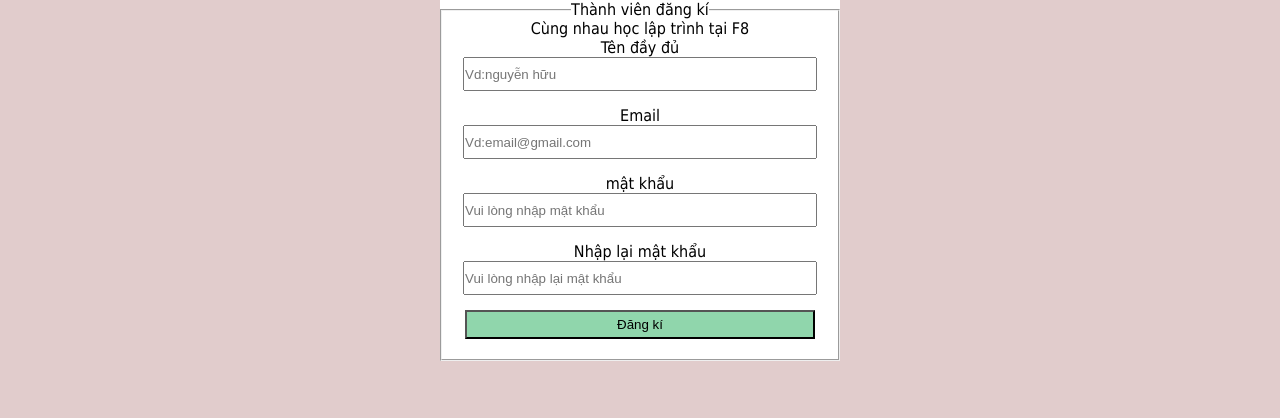
Repository: HuunvDev/Validator
Page: index.html
An editor plug-in stored every save of this project. The page is shown before and after the next save, followed by the edit.
The browser window is 1280 px wide. The pictures show the whole page.

Above is the page before, as saved 2022-08-20 08:55:02.

After the next save:
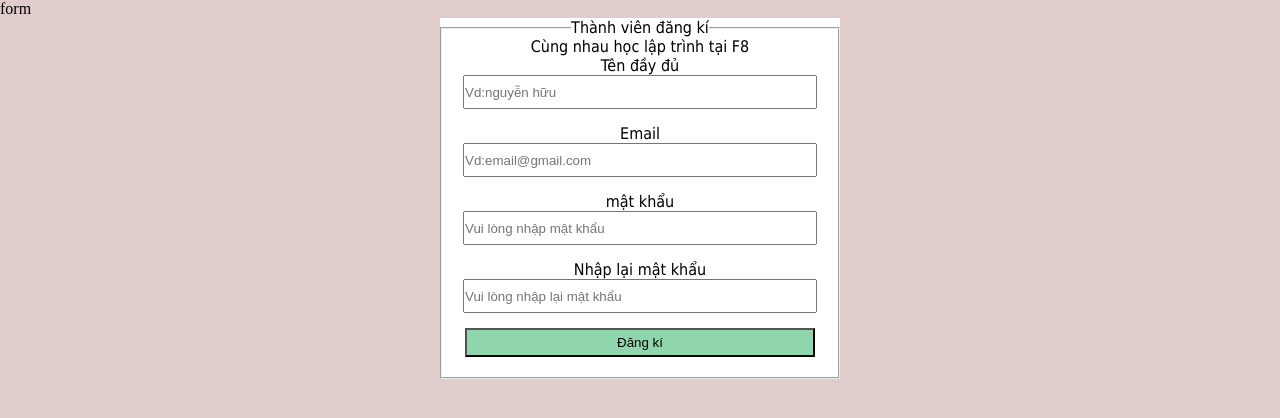
Saved 29 s later.
--- a/index.html
+++ b/index.html
@@ -9,7 +9,7 @@
 </head>
 <body>
     <div class="main">
-
+        form
     </div>
     <form action="register" name ="form-name">
         <fieldset>

After the save that followed:
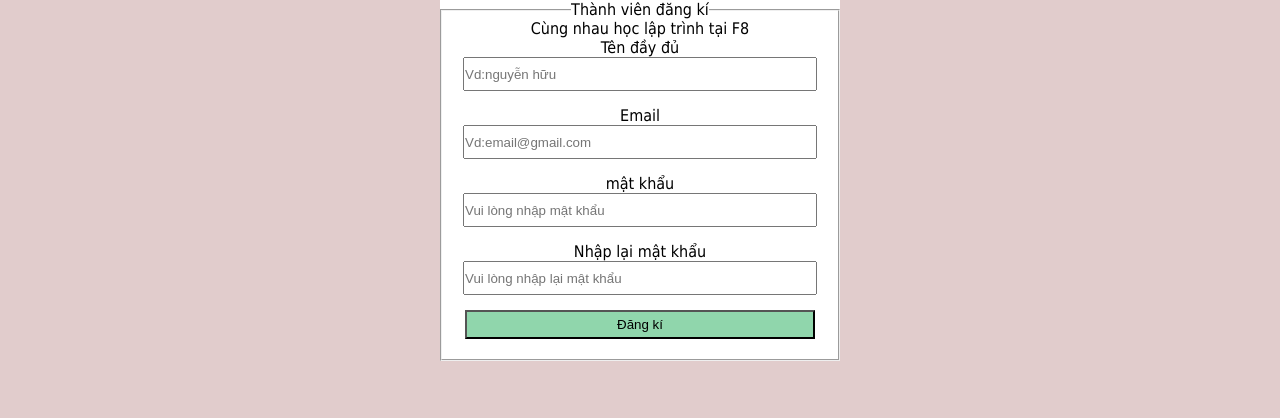
Saved 6 s later.
--- a/index.html
+++ b/index.html
@@ -9,7 +9,7 @@
 </head>
 <body>
     <div class="main">
-        form
+        <form action=""></form>
     </div>
     <form action="register" name ="form-name">
         <fieldset>
